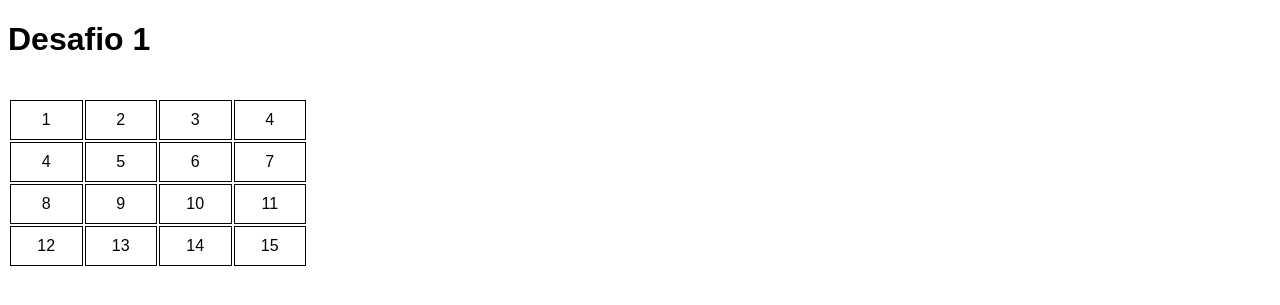
Repository: railsondev/html-css
Page: Módulo3/Desafio/D02 - tabela A/tabelaa.html
These files come from the project's save history. The page is drawn as it stood at one moment and after the next save; the edit follows.
The browser window is 1280 px wide. The pictures show the whole page.

Above is the page before, as saved 2024-10-19 22:01:18.

### Módulo3/Desafio/D02 - tabela A/tabelaa.html
<!DOCTYPE html>
<html lang="pt-br">
<head>
  <meta charset="UTF-8">
  <meta name="viewport" content="width=device-width, initial-scale=1.0">
  <title>Desafio tabelas</title>
  <link rel="stylesheet" href="style.css">
</head>
<body>
  <h1>Desafio 1</h1>
  <br>
  <table>
      <tr>
        <td>1</td>
        <td>2</td>
        <td rowspan="">3</td>
        <td>4</td>
      </tr>
      <tr>
        <td>4</td>
        <td>5</td>
        <td>6</td>
        <td>7</td>
      </tr>
      <tr>
        <td>8</td>
        <td>9</td>
        <td>10</td>
        <td>11</td>
      </tr>
      <tr>
        <td>12</td>
        <td>13</td>
        <td>14</td>
        <td>15</td>
      </tr>
  </table>
</body>
</html>

### Módulo3/Desafio/D02 - tabela A/style.css
@charset 'UTF-8';

body {
  font-family: Arial, Helvetica, sans-serif;
}

table {
  width: 300px;
  border-collapse: separate;
}

td {
  border: 1px solid black;
  padding: 10px;
  text-align: center;
  vertical-align: center;
}

After the next save:
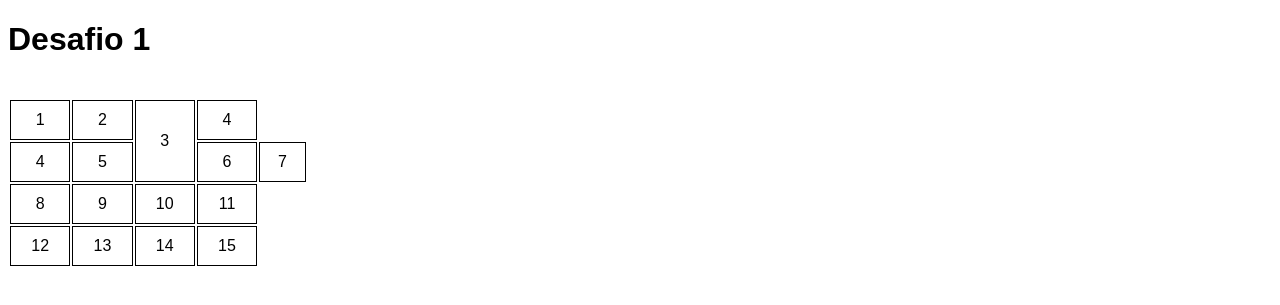
Saved 4 s later.
--- a/Módulo3/Desafio/D02 - tabela A/tabelaa.html
+++ b/Módulo3/Desafio/D02 - tabela A/tabelaa.html
@@ -13,7 +13,7 @@
       <tr>
         <td>1</td>
         <td>2</td>
-        <td rowspan="">3</td>
+        <td rowspan="2">3</td>
         <td>4</td>
       </tr>
       <tr>
